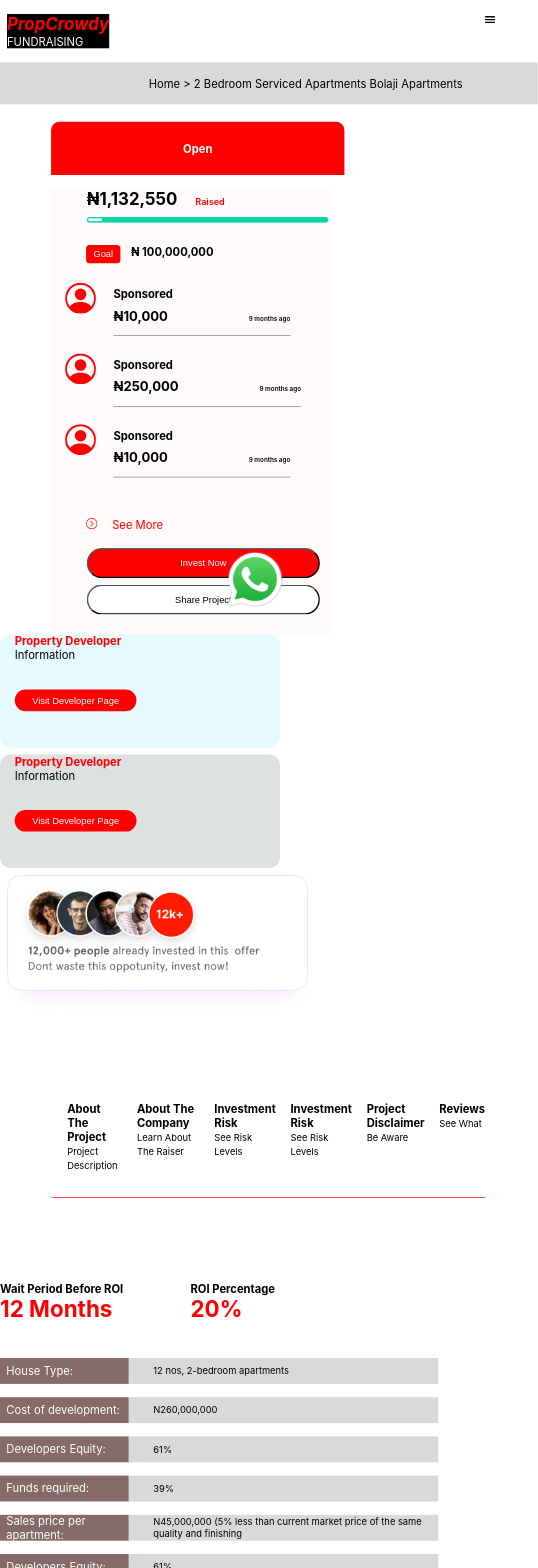
Repository: uh-sman/Popcrowdy
Page: /
The author's editor kept a copy of each file at every save. The page is drawn from the files as they stood at one save, then again after the next save.
The browser window is 768 px wide. The pictures show the part of the page from y = 0 to 2240 px (the page is 3455 px tall before and 3730 px after), at 70% of full size.
The project was rebuilt for these pictures with package versions that can differ from the ones it lists, and the page was loaded fresh each time. Also part of the build but not shown: src/components/Section/carousel.css, src/components/Section/Carousel.js.

Above is the page before, as saved 2022-11-16 20:07:20.

### src/App.css
* {
  text-decoration: none;
  list-style: none;
  padding: 0px;
  margin: 0;
  box-sizing: border-box;
  /* overflow: hidden; */
}

### src/components/Section/SubCard.jsx
import React from "react";
import img1 from "../assets/Group.png";
import img2 from "../assets/Rectangle44.png";
import gr from "../assets/form.png";
import first from "../assets/white.png";
import group from "../assets/Group2.png";
import "./subcard.css";
const SubCard = () => {
  return (
    <div className="subcard-container">
      <div className="subcard">
        <div
          className="cards"
          style={{
            backgroundColor: "#E4FAFF",
            borderRadius: "15px",
            height: "162px",
          }}
        >
          <div className="texts">
            <h4 style={{ color: "red", width: "412px" }}>Property Developer</h4>
            <p>Information</p>
            <button className="button-subcard" style={{ marginTop: "39px" }}>
              Visit Developer Page
            </button>
          </div>
          <div className="box">
            <img src={first} className="box1" />
          </div>
        </div>
        <div
          className="cards"
          style={{
            backgroundColor: "#DEE1E2",
            borderRadius: "15px",
            height: "162px",
          }}
        >
          <div style={{ display: "flex" }}>
            <div className="texts">
              <h4 style={{ color: "red", width: "412px" }}>
                Property Developer
              </h4>
              <p>Information</p>
              <button className="button-subcard" style={{ marginTop: "39px" }}>
                Visit Developer Page
              </button>
            </div>
            {/*  */}
            <div className="box-gray">
              <img src={gr} className="box2" />
            </div>
          </div>
        </div>
        <div className="group">
          <img src={group} />
        </div>
      </div>
    </div>
  );
};

export default SubCard;
// height: "162px";

### src/components/SubNav.jsx
import React from "react";

const SubNav = () => {
  return (
    <div className="subnav-container" style={{ marginBottom: "25px" }}>
      <div style={{ background: "#D9D9D9 50%", width: "100%", height: "60px" }}>
        <p
          style={{
            paddingTop: "20px",
            display: "flex",
            justifyContent: "flex-end",
            marginRight: "107px",
          }}
        >
          Home {">"} 2 Bedroom Serviced Apartments Bolaji Apartments
        </p>
      </div>
    </div>
  );
};

export default SubNav;

### src/components/Footer/WaitPeriod.jsx
import React from "react";
import Graph from "./Graph";
// import "./wait.css";

import "./wait.css";
const WaitPeriod = () => {
  return (
    <div className="contain">
      <div className="sub-container">
        <div>
          <h4>Wait Period Before ROI</h4>
          <h1 className="red-text">12 Months</h1>
        </div>
        <div>
          <h4>ROI Percentage</h4>
          <h1 className="red-text">20%</h1>
        </div>
      </div>
      <Graph />
    </div>
  );
};

export default WaitPeriod;

### src/components/Footer/Support.jsx
import React from "react";
// import gr from "../assets/Group.png";
import gr from "../assets/first.png";
// import rect from "../assets/Rectangle44.png";
import rect from "../assets/use.png";
import "./support.css";
const Support = () => {
  return (
    <div className="container">
      <div className="shift">
        <div style={{ color: "white" }}>
          <h2>
            Get all the support you need,
            <br />
            Contact our online agent
          </h2>
          <small className="down">
            Get in touch or create account. We are 24/7 available
          </small>
        </div>
        <div>
          <button className="button">Contact Us</button>
        </div>
        <div className="rectangle-container">
          <img src={gr} className="top" />
          <img src={rect} className="bottom" />
        </div>
      </div>
    </div>
  );
};

export default Support;

### src/components/Navbar.jsx
import React, { useState } from "react";
import "./navbar.css";
import { FiSearch } from "react-icons/fi";
import { sidebar } from "./Section/data";
import { GiHamburgerMenu } from "react-icons/gi";
const Navbar = () => {
  const [isOpen, setIsOpen] = useState(false);
  return (
    <div style={{}}>
      <nav>
        <div className="navbar-container">
          <div style={{ backgroundColor: "black" }}>
            <h1>
              <p style={{ color: "red" }}>
                <i>PropCrowdy</i>
              </p>
            </h1>
            <p style={{ color: "white" }}>FUNDRAISING</p>
          </div>
          <div>
            <ul className="nav-list">
              <li>HOME</li>
              <li>DISCOVER</li>
              <li>HOW IT WORKS</li>
              <li>RESOURCES</li>
              <li>BLOG</li>
              <FiSearch />
              <button className="btn">DASHBOARD</button>
            </ul>
          </div>
          <div className="container">
            {isOpen ? (
              <div className="sidebar">
                <div className="sidebar-container">
                  <div
                    className="close-menu "
                    onClick={() => setIsOpen(!isOpen)}
                  >
                    X
                  </div>
                  {sidebar.map(({ title, button, id }) => {
                    return (
                      <ul className="sidebar-list" key={id}>
                        <li>{title}</li>
                      </ul>
                    );
                  })}
                </div>
                <FiSearch className="search" />
                <button title="DASHBOARD" className="sidebar-btn">
                  DASHBOARD
                </button>
              </div>
            ) : (
              <GiHamburgerMenu
                style={{ marginRight: "50px" }}
                onClick={(e) => setIsOpen(!isOpen)}
              />
            )}
          </div>
        </div>
      </nav>
    </div>
  );
};

export default Navbar;

### src/components/Section/Hero.jsx
import React, { useState } from "react";
import "./hero.css";
import { Carousel } from "react-responsive-carousel";

import Card from "./Card";
import CarouselDemo from "./Carousel";
const Hero = () => {
  const [selected, setIsSelected] = useState(false);
  const [isSelected, setSelected] = useState(false);
  //    document.getElementById("select");
  if (selected) {
    // show the current image
    console.log("hello");
  } else {
    console.log("not selected");
  }
  return (
    <div className="hero-container">
      <div className="flexed-card">
        <div>{/* <CarouselDemo /> */}</div>
        <div className="card">
          {" "}
          <Card />{" "}
        </div>
      </div>
    </div>
  );
};

export default Hero;
{
  /* <div>
  <div style={{ marginBottom: "57px" }}>
    <p style={{ color: "red" }}>Hazrat Concept</p>
    <h1 style={{ fontWeight: "900px" }}>2 Bedroom Serviced Apartments</h1>
  </div>
  <div id="select" value={selected} onClick={(e) => setIsSelected(!selected)}>
    <img src={img1} />
  </div>
  <div style={{ marginTop: "16px" }}>
    <div className="sub-card"></div>
  </div>
</div>; */
}

### src/components/Section/scroll.css
.scrollContainer {
  margin: 120px 75px;
  display: flex;
  overflow-x: auto;
  /* gap: 200px; */
  justify-content: space-between;
  border-bottom: 1px solid red;
  /* gap: 55px; */
}
.texts {
  margin-bottom: 36px;
}
@media only screen and (max-width: 750px) {
  .scrollContainer {
    flex-direction: column;
  }
}
/* .content,
.outer-border {
  width: 240px;
  height: 150px;
  text-align: justify;
  background-color: green;
  color: white;
  padding-left: 10px;
  padding-right: 10px;
}
.outer-border {
  border: 2px solid black;
  position: relative;
  overflow: hidden;
}
.inner-border {
  position: absolute;
  left: 0;
  overflow-y: hidden;
  overflow-x: scroll;
}
.inner-border::-webkit-scrollbar {
  display: none;
} */

### src/components/Section/subcard.css
.button-subcard {
  padding: 8px 25px;
  background-color: red;
  color: white;
  border-radius: 47px;
  border: none;
  /* margin-top: 50px; */
}
.subcard {
  /* display: flex;
  flex-direction: row; */

  display: grid;
  grid-template-columns: 1fr 1fr 1fr;
  gap: 20px;
}
.texts {
  margin-left: 21px;
}
.box {
  /* margin-top: 61px;
  top:1400px;*/
  position: absolute;
  top: 120px;
  left: 10px;
  /* margin-left: 25px; */
}
.box-gray {
  /* margin-top: 61px;
  top:1400px;*/
  position: absolute;
  top: 120px;
  left: 10px;
  /* margin-left: 25px; */
}
.box2 {
  /* margin-left: -50px;
  margin-top: 50px; */
  position: absolute;
  /* position: inherit; */
  width: 120px;
  height: 99px;
  margin-left: 350px;
  /* left: 80px; */
  top: 860px;
}

.box1 {
  /* margin-left: -50px;
  margin-top: 50px; */
  position: absolute;
  /* position: inherit; */
  width: 120px;
  height: 99px;
  left: 840px;

  top: 857px;
}
.cards {
  width: 400px;
}
@media only screen and (max-width: 1500px) {
  .subcard {
    grid-template-columns: 1fr 1fr 1fr;
  }
  .box1 {
    display: none;
  }
  .box2 {
    display: none;
  }
}
@media only screen and (min-width: 200px) and (max-width: 1300px) {
  .subcard {
    grid-template-columns: auto;
    gap: 10px;
  }
  .box1 {
    display: none;
  }
  .box2 {
    display: none;
  }
}

/* .box1 {
    left: 1230px;
  }
  .box2 {
    left: 200px;
  } */

### src/components/Footer/Graph.jsx
import React from "react";
import { bar } from "../Section/data";
import { secondbar } from "../Section/data";
import "./graph.css";
const Graph = () => {
  return (
    <div>
      <div className="flex">
        <div>
          {bar.map(({ description, id, subtext }) => {
            return (
              <div>
                <div className="bars">
                  <p className="brown">{description}:</p>
                  <small className="gray">{subtext}</small>
                </div>
              </div>
            );
          })}
        </div>
        <div>
          {secondbar.map(({ description, id, subtext }) => {
            return (
              <div>
                <div className="bars">
                  <p className="brown">{description}:</p>
                  <small className="gray">{subtext}</small>
                </div>
              </div>
            );
          })}
        </div>
      </div>
    </div>
  );
};

export default Graph;

### src/components/Footer/wait.css
.sub-container {
  display: flex;
  gap: 96px;
  margin-bottom: 50px;
}
.contain {
  margin-left: 81px;
  margin-top: 57px;
  margin-bottom: 61px;
}
.red-text {
  color: red;
}
@media only screen and (min-width: 200px) and (max-width: 950px) {
  .contain {
    margin-left: 0px;
  }
}

### src/components/Footer/support.css
.shift {
  background-color: red;
  gap: 403px;
  display: flex;
  width: 1380px;
  padding: 50px 95px;
  border-radius: 10px;
}
.container {
  display: flex;
  justify-content: center;
  margin-bottom: 25px;
  /* align-items: center; */
}
.down {
  padding-top: 86px;
  height: 25px;
  width: 637px;
  left: 215px;
  top: 2185px;
  border-radius: nullpx;
}
.button {
  display: flex;
  align-items: center;
  justify-content: center;
  height: 60px;
  width: 200px;
  left: 1080px;
  top: 2104px;
  border: none;
  border-radius: 4px;
  background-color: #ffff;
  color: black;
}
@media only screen and (min-width: 200px) and (max-width: 950px) {
  .shift {
    /* flex-direction: column; */
    flex-direction: column;

    gap: 23px;
  }
  .top {
    left: 0px;
  }
  .bottom {
    left: -300px;
  }
}
.rectangle-container {
  position: absolute;
  z-index: 1;
}
.top {
  position: absolute;
  /* right: 800px; */
  left: 540px;
  display: none;
  top: 35px;
  /* z-index: -100; */
  width: 100px;
  height: 100px;
}
.bottom {
  position: absolute;
  left: 1185px;
  display: none;
  /* right: 699px; */
  top: -47px;
  /* z-index: 100; */
  width: 100px;
  height: 100px;
}

### src/components/Footer/footer.css
.image {
  /* width: 1519px; */
  object-fit: contain;
  display: none;
}
.containe {
  background-color: black;

  margin-top: -5px;
  color: #fff;
}
.footer-cont {
  gap: 70px;
  margin: 0px 50px;

  border-bottom: 2px solid gray;

  /* display: flex;
  flex-direction: row; */
  display: grid;
  grid-template-columns: 1.4fr 1fr 1fr 2fr;
}
.prop {
  color: red;
  font-size: 30px;
}
.social-links {
  color: white;
}
.social-links1 {
  color: white;
  font-size: 25px;
}
.social-links2 {
  color: white;
  font-size: 25px;
}
.social-links3 {
  color: white;
  font-size: 25px;
}
.social-links4 {
  color: white;
  font-size: 21px;
}
.social-link {
  margin-top: 10px;
  display: flex;
  gap: 20px;
  align-items: center;
}
.about-us-link {
  line-height: 35px;
}
.quick-nav-link {
  line-height: 35px;
}
.quick-nav {
  font-size: 25px;
}
.button-section {
  display: flex;
  margin-top: 20px;
}
.form {
  padding: 10px 65px;
  background-color: black;
  border: 1px solid white;
  border-top-left-radius: 25px;
  border-bottom-left-radius: 25px;
}
.form-button {
  padding: 10px 25px;
  font-size: 20px;
  font-weight: 700;
  border-top-right-radius: 25px;
  border-bottom-right-radius: 25px;
}
.contact-links {
  display: flex;
  flex-direction: column;
  line-height: 25px;
  justify-content: flex-start;
}

.contact-icons {
  color: red;
}
.first-link {
  gap: 15px;
  display: flex;
  align-items: center;
}
.second-link {
  gap: 15px;
  display: flex;
  align-items: center;
}
.last-link {
  gap: 15px;
  display: flex;
  align-items: center;
}
.copyright {
  padding: 15px 50px;
}
/* @media only screen and(min-width:1200px) { */
/* .gbemi-trabaye {
    grid-template-columns: 1.4fr 1fr 1.3fr 1.4fr;
  } */

/* .image {
    width: 1519px;
  } */
/* } */
/* @media only screen and(min-width:950px) {
  .image {
    width: 950px;
  }
}
@media only screen and(min-width:750px) {
  .image {
    width: 1519px;
  }
}

@media only screen and(min-width:500px) {
  .image {
    width: 500px;
  }
}

@media only screen and(min-width:300px) {
  .image {
    width: 3009px;
  }
} */
@media only screen and (min-width: 200px) and (max-width: 950px) {
}
@media only screen and (min-width: 700px) and (max-width: 1200px) {
  .footer-cont {
    /* flex-direction: column; */
    grid-template-columns: 1fr 1fr;
    gap: 20px;
  }
}
@media only screen and (min-width: 200px) and (max-width: 600px) {
  .footer-cont {
    /* flex-direction: column; */
    grid-template-columns: 1fr 1fr;
    gap: 20px;
  }
}

### src/components/navbar.css
.navbar-container {
  display: flex;
  justify-content: space-between;
  margin: 20px 10px;
}
.nav-list {
  display: flex;
  gap: 40px;
  margin-right: 60px;
}
.btn {
  background-color: white;
  border: 1px solid black;
  padding: 8px 10px;
  font-weight: 500;
}
@media only screen and (min-width: 200px) and (max-width: 950px) {
  .nav-list {
    flex-direction: column;
    display: none;
  }
}
@media only screen and (min-width: 960px) and (max-width: 1650px) {
}
.sidebar {
  background: gray;
  position: absolute;
  top: 0px;
  line-height: 70px;
  right: 0;
  /* left: 700px; */
  z-index: 100;
  width: 250px;
  height: 100%;
}
.close-menu {
  font-weight: 900;
  /* position: absolute; */
  display: flex;
  justify-content: flex-end;
  margin-right: 40px;
  right: 20px;
  top: 0;
}
.sidebar-list {
  /* border-bottom: 1px solid white; */
  /* margin-left: 20px; */
  text-align: center;
}
.sidebar-btn {
  background-color: white;
  border: 1px solid black;
  padding: 8px 10px;
  font-weight: 500;
  display: flex;
  justify-content: center;
  margin: auto;
}
.search {
  /* background-color: white;
  border: 1px solid black; */
  /* padding: 8px 10px; */
  /* font-weight: 500; */
  display: flex;
  justify-content: center;
  margin: auto;
  margin-bottom: 20px;
}
.container {
  display: none;
}

### src/components/Section/hero.css
.hero-container {
  margin-left: 73px;
  display: flex;
  flex-direction: column;
}
.sub-card {
  display: flex;
  gap: 16px;
}
.flexed-card {
  display: flex;
  gap: 62px;
}
@media only screen and (min-width: 200px) and (max-width: 950px) {
  .flexed-card {
    display: block;
    gap: 0;
  }
  .hero-container {
    /* margin-left: 5px; */
    justify-content: flex-start;
  }
}
.card {
  display: flex;
  justify-content: flex-start;
}

### src/components/Section/Card.jsx
import React from "react";
import { data } from "./data";
import { amount } from "./data";
// import img from "../assets/Progressbar.png";
import logo from "../assets/WhatsApp 1.png";
import { BsPersonCircle } from "react-icons/bs";
import { TfiArrowCircleRight } from "react-icons/tfi";
import "./card.css";
const Card = () => {
  return (
    <div>
      <div className="card-container">
        <div className="red">
          <h4>Open</h4>
        </div>
        <div className="card-content">
          <div>
            {amount.map(({ id, raise, subtext, image, goal, text }) => {
              return (
                <div key={id}>
                  <h2 style={{ marginLeft: "51px", marginTop: "20px" }}>
                    {raise} <span className="subtext">{subtext}</span>
                  </h2>
                  <img src={image} className="rectangle" />
                  <div className="goal">
                    <button className="btns">{text}</button>
                    <h4>{goal}</h4>
                  </div>
                </div>
              );
            })}
          </div>
          {data.map(({ title, id, amount, date }) => {
            return (
              <div key={id}>
                <div className="card-items">
                  <div>
                    <BsPersonCircle className="image-style" />
                  </div>
                  <div className="" style={{ marginBottom: "25px" }}>
                    <h4>{title}</h4>
                    <h3 className="border">
                      {amount} <span className="date">{date}</span>
                    </h3>
                  </div>
                </div>
              </div>
            );
          })}
          <p className="seemore">
            <TfiArrowCircleRight />
            <span style={{ marginLeft: "21.05px" }}>See More</span>
          </p>
          <div className="button-class">
            <div className="logo">
              <img src={logo} />
            </div>
            <button className="card-buttons1">Invest Now </button>
            <button className="card-buttons2">Share Project </button>
          </div>
        </div>
      </div>
    </div>
  );
};

export default Card;

### src/components/Footer/graph.css
.bars {
  /* display: grid; */
  /* grid-template-columns: 1fr 1fr; */
  /* grid-template-columns: 1fr 2fr; */
  display: flex;
  margin-bottom: 19px;
  align-items: center;
  object-fit: contain;
  /* grid-gap: 10px; */
}
.flex {
  display: flex;
  gap: 111px;
}
.brown {
  height: 37px;
  width: 194px;
  left: 737px;
  top: 1457px;
  border-radius: 0px;
  color: white;
  display: flex;
  align-items: center;
  background-color: #866a6a;
  padding-left: 9px;
}
.gray {
  height: 37px;
  width: 442px;
  left: 84px;
  display: flex;
  align-items: center;
  padding-left: 35px;
  top: 1457px;
  border-radius: 0px;
  background-color: #d9d9d9;
}
/* @media only screen and(max-width:1200px) {
  .flex {
    flex-direction: column;
  }
} */
@media only screen and (min-width: 200px) and (max-width: 950px) {
  .flex {
    flex-direction: column;
    gap: 70px;
  }
  .brown {
    width: 184px;
  }
}
@media only screen and (min-width: 200px) and (max-width: 1500px) {
  .flex {
    flex-direction: column;
    gap: 70px;
  }
}

### src/components/Section/card.css
.red {
  background-color: red;
  height: 75.9189224243164px;
  width: 419px;
  left: 963px;
  top: 242px;
  /* border-radius: 12px; */
  border-top-left-radius: 12px;
  border-top-right-radius: 12px;

  text-align: center;
  justify-content: center;
  align-items: center;
  display: flex;
  color: white;
}

.card-items {
  display: flex;
  flex-direction: row;
  margin-left: 20px;
  gap: 25px;
  line-height: 32px;
  /* border-bottom: 1px solid gray; */
}
.subtext {
  font-size: 13px;
  line-height: 16.6px;
  font-weight: 600;
  margin-left: 20px;
  color: red;
}
.card-content {
  /* background-color: rgb(167, 117, 117); */
  background: #fffafa;
  /* border: 1px solid gray; */
  /* border-top-left-radius: 12px;
  border-top-right-radius: 12px; */
  /* border-radius: 12px; */
}
.image-style {
  height: 44.099998474121094px;
  width: 44.099998474121094px;
  left: 0.45001220703125px;
  top: 0.45001220703125px;
  border-radius: 0px;
  color: #ff0000;
}
.date {
  font-size: 9px;
  line-height: 11.19px;
  font-weight: 600;
  margin-left: 111px;
}
.rectangle {
  margin-top: 11px;
  margin-left: 51px;
}
.card-buttons1 {
  height: 43.249427795410156px;
  width: 333.0001525878906px;
  left: 0px;
  top: 0px;
  border-radius: 47px;
  background: #ff0000;
  color: white;
}
.card-buttons2 {
  height: 43.249427795410156px;
  width: 333.0001525878906px;
  left: 0px;
  top: 0px;
  border-radius: 47px;
  background: #ffff;
  margin-bottom: 27.75px;
}
.border {
  padding-bottom: 11px;
  border-bottom: 1px solid gray;
}
.seemore {
  /* margin: 32.64px 50.19px; */
  margin-top: 32.64px;
  margin-bottom: 23.19px;
  margin-left: 50.19px;
  color: red;
}
.button-class {
  display: flex;
  flex-direction: column;
  gap: 8.75px;
  margin-left: 51px;
}
.logo {
  position: absolute;
  left: 480px;
}
.btns {
  height: 26px;
  width: 49px;
  background: #ff0000;
  border-radius: 5px;
  display: flex;
  align-items: center;
  justify-content: center;
  color: #ffff;
  border: none;
}
.goal {
  margin: 28px 50px;
  display: flex;
  gap: 15px;
}
@media only screen and (min-width: 200px) and (max-width: 950px) {
  .logo {
    left: 320px;
  }
  .card-container {
    width: 400px;
  }
}

Loaded but not shown: public/index.html (common file); src/index.js (common file); src/index.css (common file); src/components/Section/data.js (159 lines, source omitted); src/App.js (27 lines, source omitted); src/components/Section/Scroll.js (29 lines, source omitted); src/components/index.js (3 lines, source omitted); src/components/Footer/Footer.jsx (116 lines, source omitted)

After the next save:
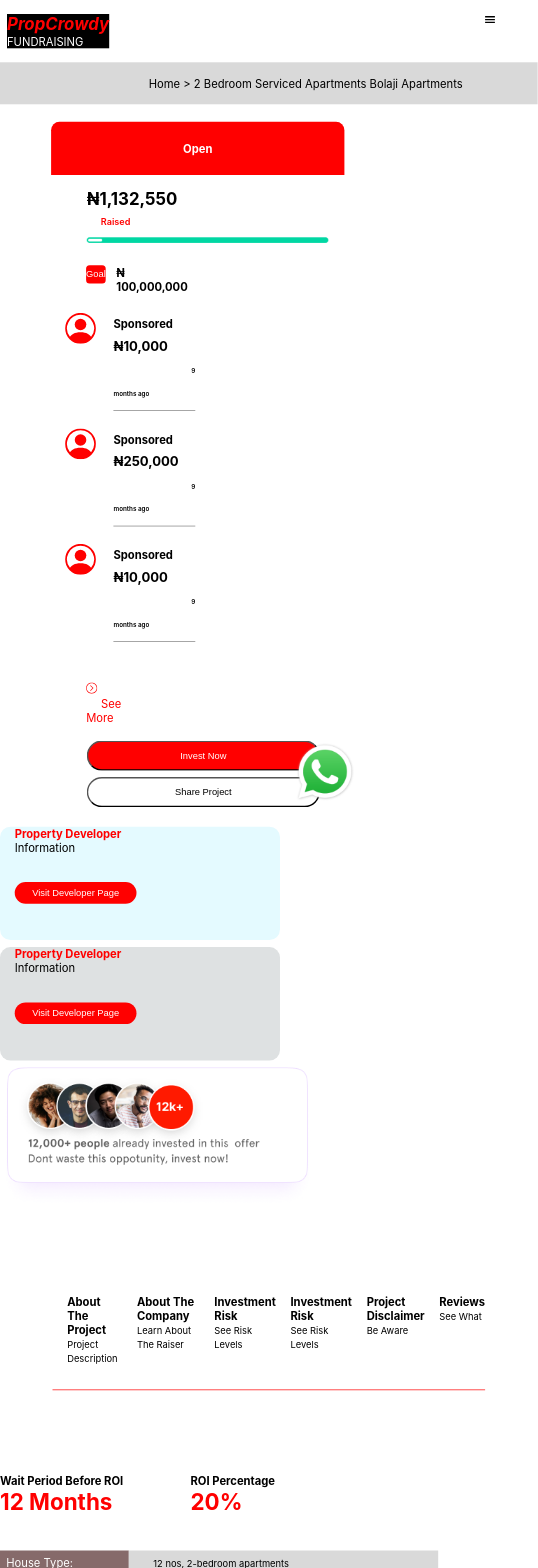
Saved 8 s later.
--- a/src/components/Section/card.css
+++ b/src/components/Section/card.css
@@ -113,9 +113,9 @@
 }
 @media only screen and (min-width: 200px) and (max-width: 950px) {
   .logo {
-    left: 320px;
+    left: 420px;
   }
   .card-container {
-    width: 400px;
+    width: 0px;
   }
 }

After the save that followed:
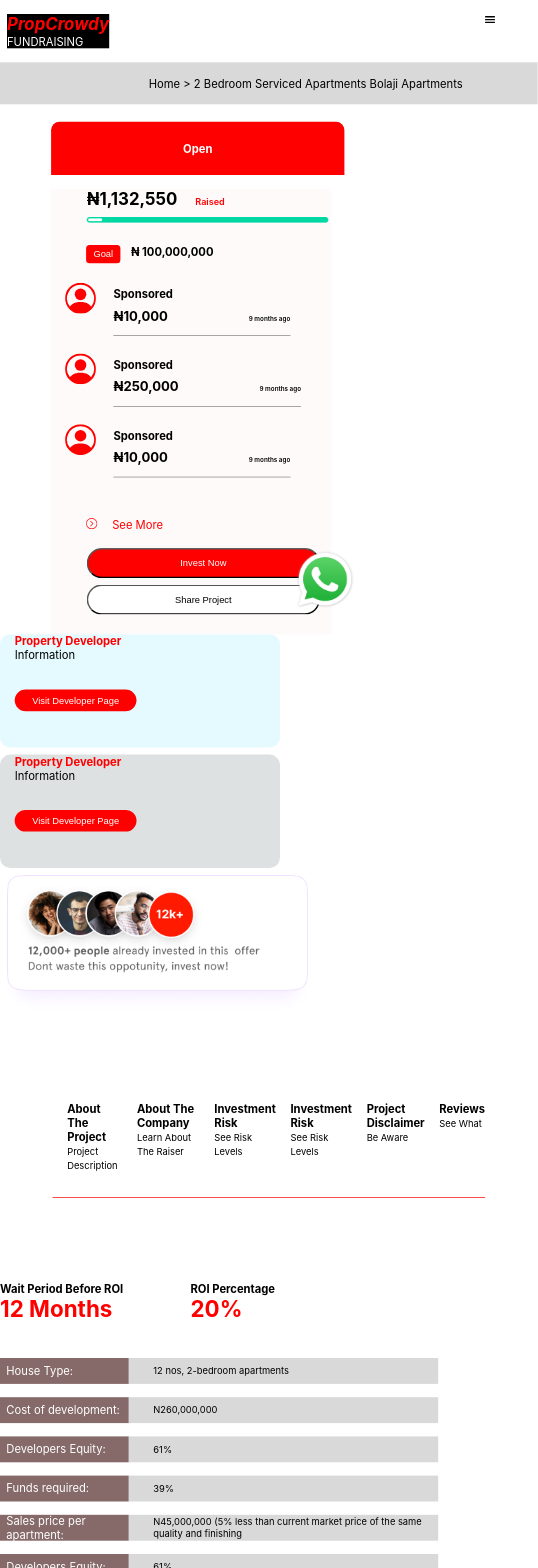
Saved 5 s later.
--- a/src/components/Section/card.css
+++ b/src/components/Section/card.css
@@ -116,6 +116,6 @@
     left: 420px;
   }
   .card-container {
-    width: 0px;
+    width: 400px;
   }
 }
